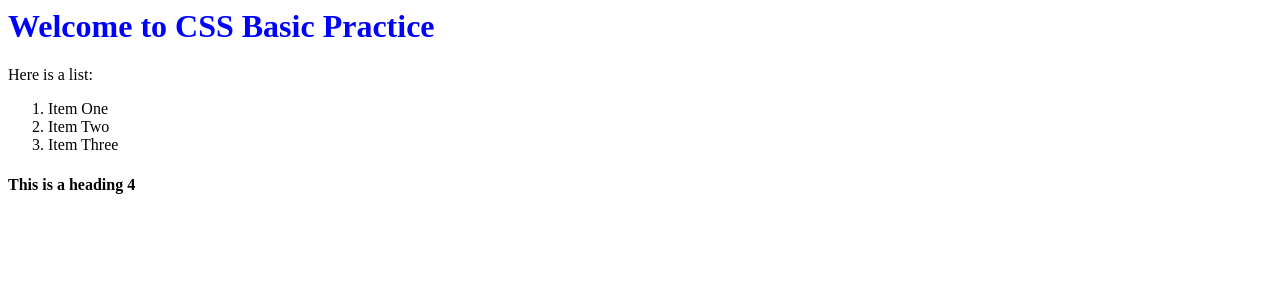
Repository: MonwarAdeeb/Bista_Solutions
Page: HTML & CSS/CSS/Level One/Level_One.html
These files come from the project's save history. The page is drawn as it stood at one moment and after a run of saves; the edit follows.
The browser window is 1280 px wide. The pictures show the whole page.

Above is the page before, as saved 2021-05-19 16:02:41.

After the next 2 saves:
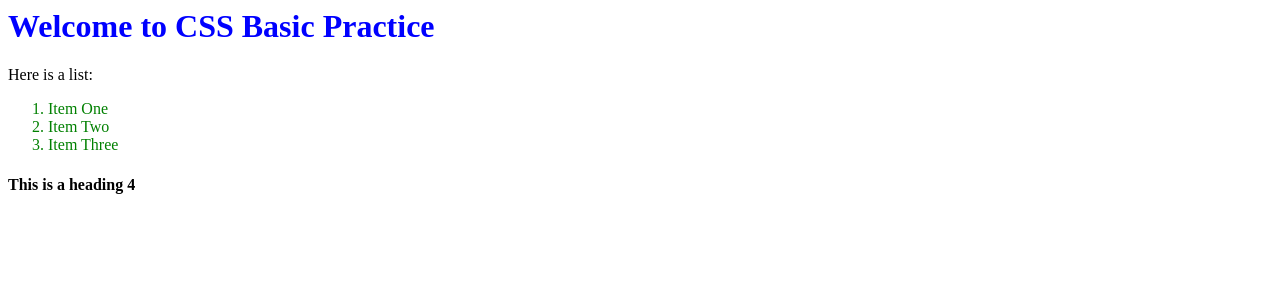
The 2 saves are shown as one change because they came seconds apart.
The last was saved 5 s later.
--- a/HTML & CSS/CSS/Level One/Level_One_CSS.css
+++ b/HTML & CSS/CSS/Level One/Level_One_CSS.css
@@ -7,6 +7,6 @@
   color: blue;
 }
 
-li{
-    color: ;
+li {
+  color: green;
 }

After the save that followed:
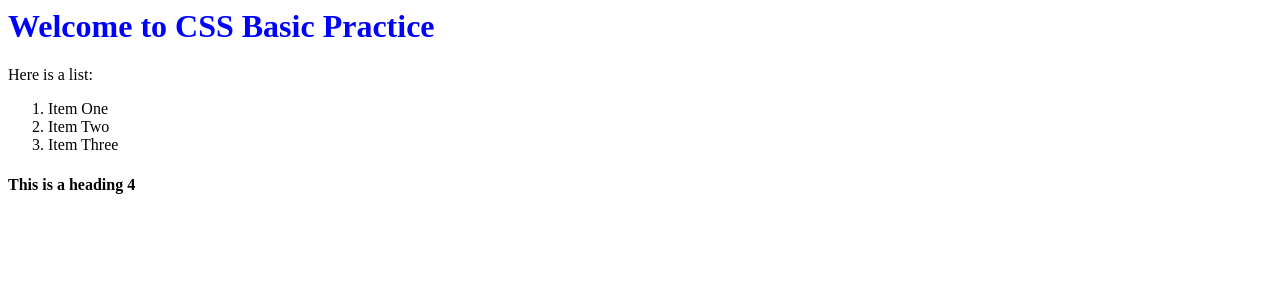
Saved 13 s later.
--- a/HTML & CSS/CSS/Level One/Level_One_CSS.css
+++ b/HTML & CSS/CSS/Level One/Level_One_CSS.css
@@ -8,5 +8,5 @@
 }
 
 li {
-  color: green;
+  color: ;
 }
